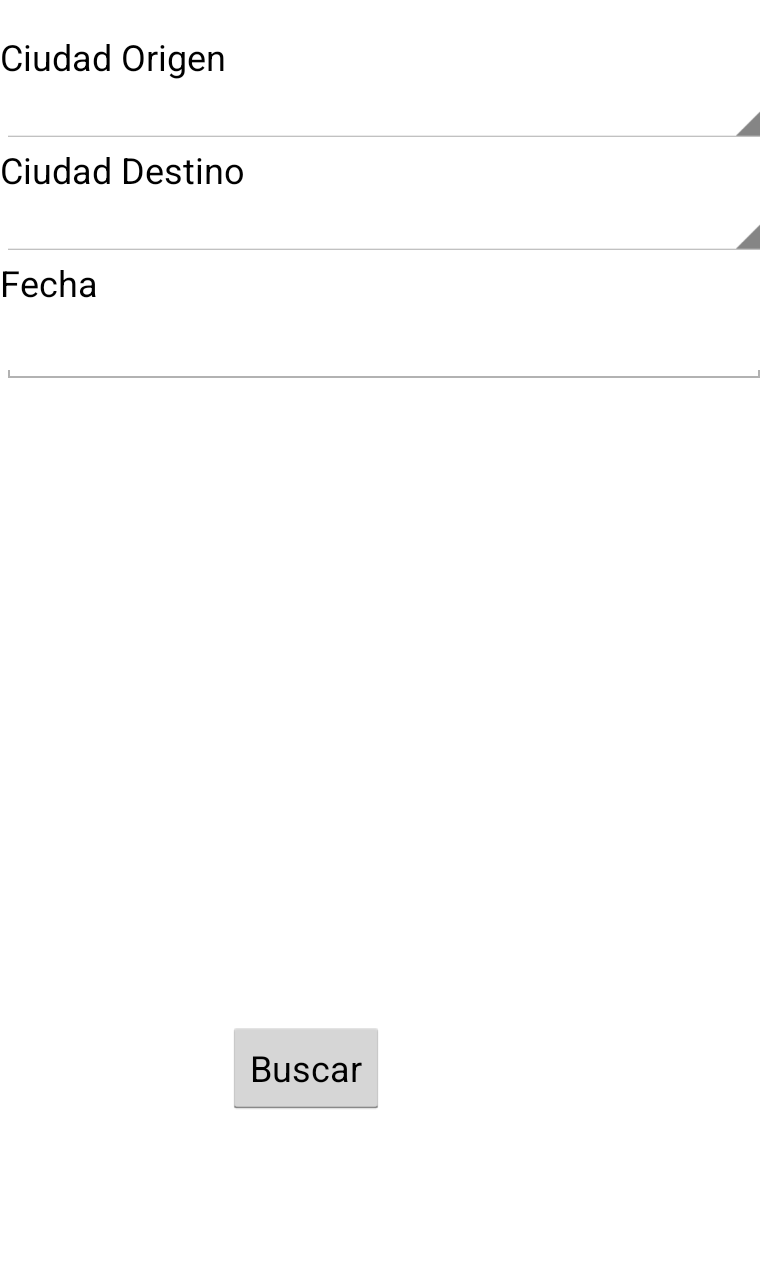
Repository: fmora/ProyectoMultimedios
Layout: MainActivity/MainActivity/res/layout/search_travel.xml
An editor plug-in stored every save of this project. The layout is shown before and after the next save, followed by the edit.
It is drawn on a 768 x 1280 px phone screen (xhdpi) without system bars, with theme AppTheme; the app's code is not run. Lists and similar views that code fills are empty.

Above is the layout before, as saved 2013-12-20 02:27:34.

After the next save:
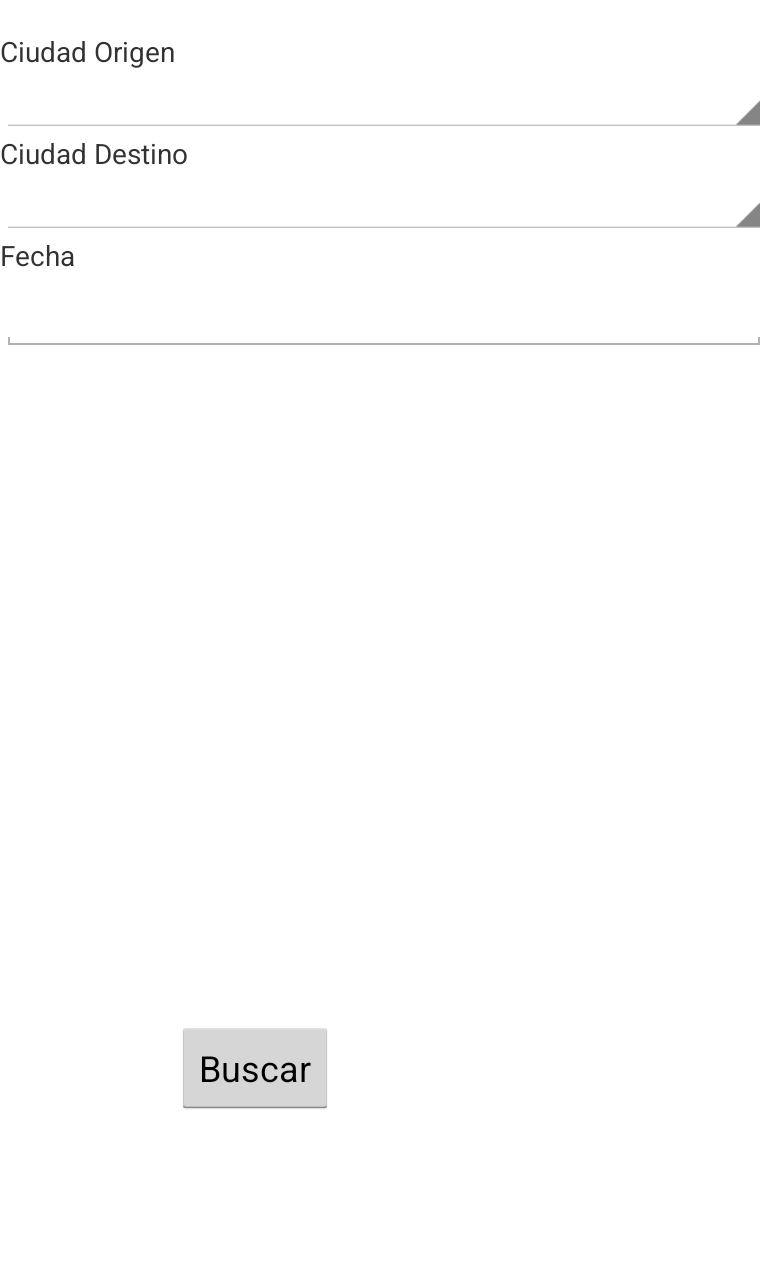
Saved 2 min 28 s later.
--- a/MainActivity/MainActivity/res/layout/search_travel.xml
+++ b/MainActivity/MainActivity/res/layout/search_travel.xml
@@ -10,8 +10,7 @@
         android:layout_height="wrap_content"
         android:layout_alignParentLeft="true"
         android:layout_marginTop="16dp"
-        android:text="@string/es_source"
-        android:textAppearance="?android:attr/textAppearanceMedium" />
+        android:text="@string/es_source" />
 
     <Spinner
         android:id="@+id/spinner1"
@@ -26,8 +25,7 @@
         android:layout_height="wrap_content"
         android:layout_alignParentLeft="true"
         android:layout_below="@+id/spinner1"
-        android:text="@string/es_destination"
-        android:textAppearance="?android:attr/textAppearanceMedium" />
+        android:text="@string/es_destination" />
 
     <Spinner
         android:id="@+id/spinner2"
@@ -42,8 +40,7 @@
         android:layout_height="wrap_content"
         android:layout_alignParentLeft="true"
         android:layout_below="@+id/spinner2"
-        android:text="@string/es_date"
-        android:textAppearance="?android:attr/textAppearanceMedium" />
+        android:text="@string/es_date" />
 
     <EditText
         android:id="@+id/editText1"
